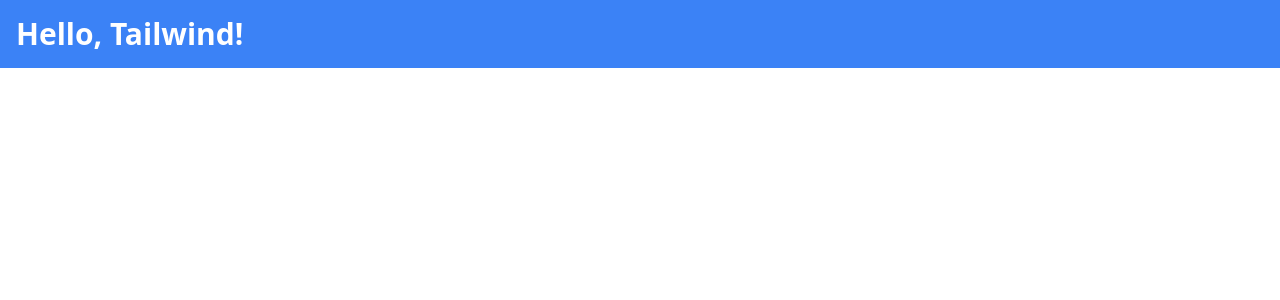
Repository: MarcoLe3/hackathonSuperflex
Page: /
These files come from the project's save history. The page is drawn as it stood at one moment and after the next save; the edit follows.
The browser window is 1280 px wide. The pictures show the whole page.
The project was rebuilt for these pictures with package versions that can differ from the ones it lists, and the page was loaded fresh each time. Also part of the build but not shown: vite.config.js.

Above is the page before, as saved 2025-02-18 13:48:59.

After the next save:
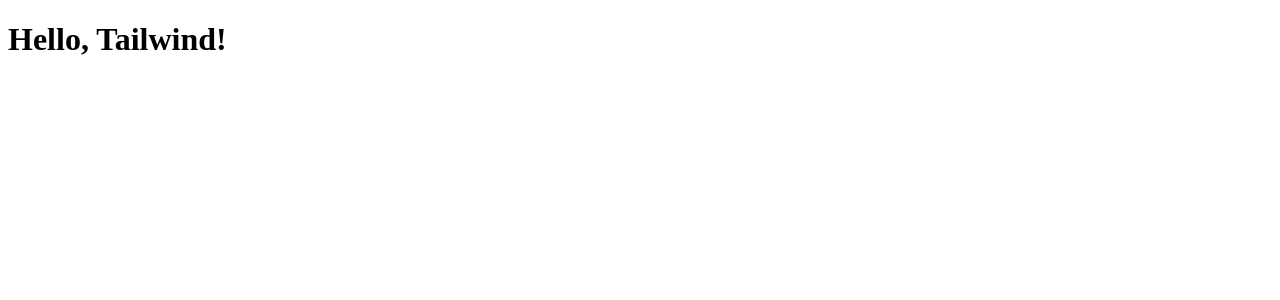
Saved 27 s later.
--- a/src/main.jsx
+++ b/src/main.jsx
@@ -1,8 +1,10 @@
 import React from 'react';
 import ReactDOM from 'react-dom/client';
-import App from './App.jsx';
-import './global.css';
+// Make sure to import 'App' correctly with default import
+import App from './App';
 
 ReactDOM.createRoot(document.getElementById('root')).render(
+  <React.StrictMode>
     <App />
+  </React.StrictMode>
 );

After the save that followed:
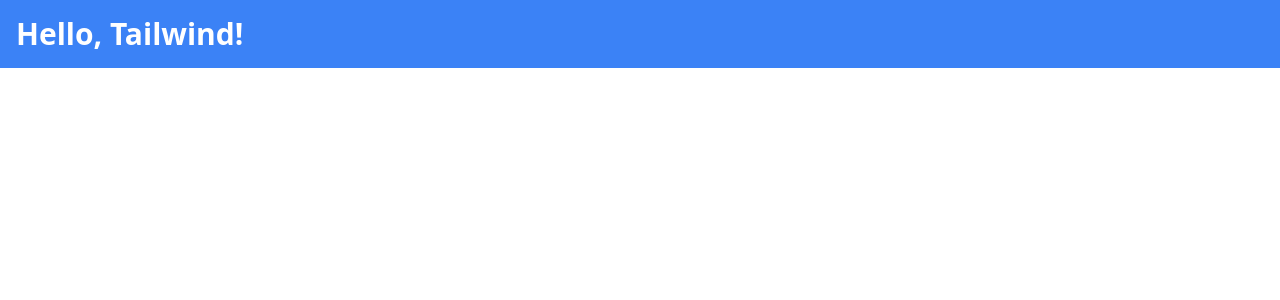
Saved 5 s later.
--- a/src/main.jsx
+++ b/src/main.jsx
@@ -1,10 +1,8 @@
 import React from 'react';
 import ReactDOM from 'react-dom/client';
-// Make sure to import 'App' correctly with default import
-import App from './App';
+import App from './App.jsx';
+import './global.css';
 
 ReactDOM.createRoot(document.getElementById('root')).render(
-  <React.StrictMode>
     <App />
-  </React.StrictMode>
 );
